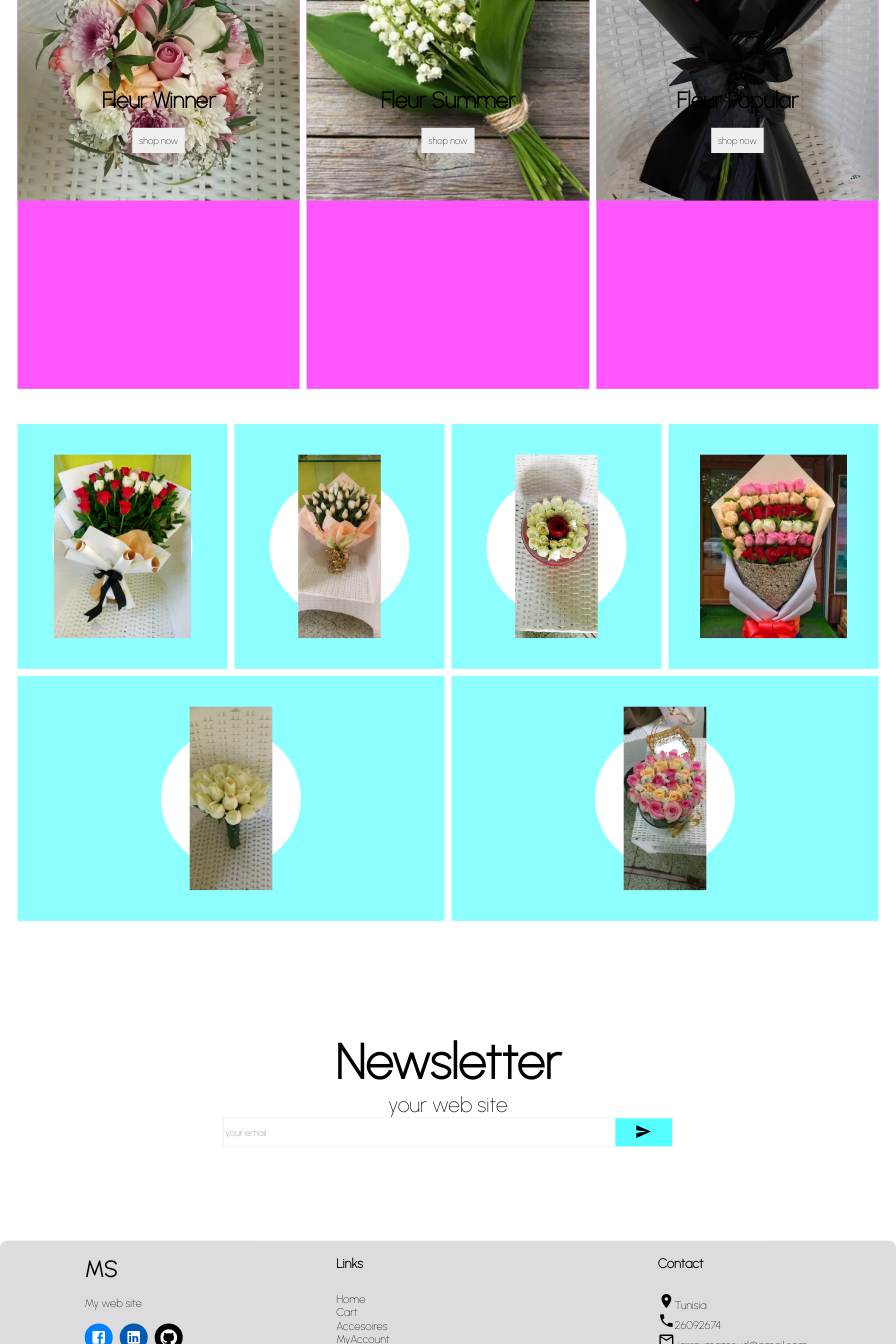
Repository: jarraymassaoud/react-web
Page: /
These files come from the project's save history. The page is drawn as it stood at one moment and after a run of saves; the edit follows.
The browser window is 1280 px wide. The pictures show the part of the page from y = 1191 to 3111 px (the page is 3143 px tall), at 70% of full size.
The project was rebuilt for these pictures with package versions that can differ from the ones it lists, and the page was loaded fresh each time. Also part of the build but not shown: src/pages/Cart.jsx, src/pages/Login.jsx, src/pages/Bunch.jsx.

Above is the page before, as saved 2022-05-31 07:59:45.

After the next 2 saves:
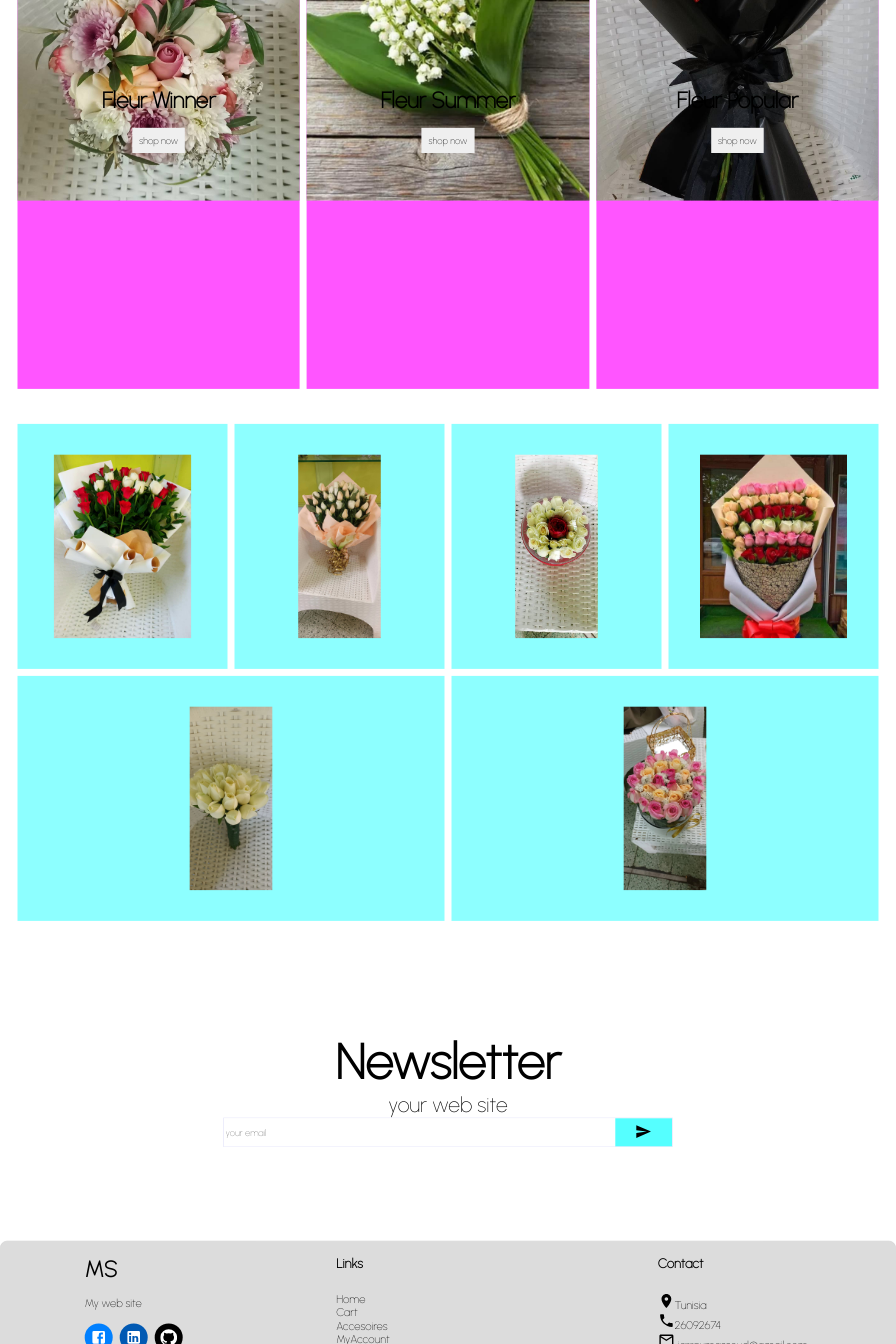
The 2 saves are shown as one change because 1 did not build or start.
The last was saved 66 s later.
--- a/src/components/Product.jsx
+++ b/src/components/Product.jsx
@@ -39,13 +39,13 @@ const Image = styled.img`
   height: 75%;
   z-index: 2;
 `;
-const Circle = styled.div`
+/*const Circle = styled.div`
   width: 200px;
   height: 200px;
   border-radius: 70%;
   background-color: white;
   position: absolute;
-`;
+`;*/
 const Icon = styled.div`
   width: 40px;
   height: 40px;
@@ -66,7 +66,6 @@ const Icon = styled.div`
 const Product = ({ item }) => {
   return (
     <Container>
-      <Circle />
       <Image src={item.img} />
       <Info>
         <Icon>
